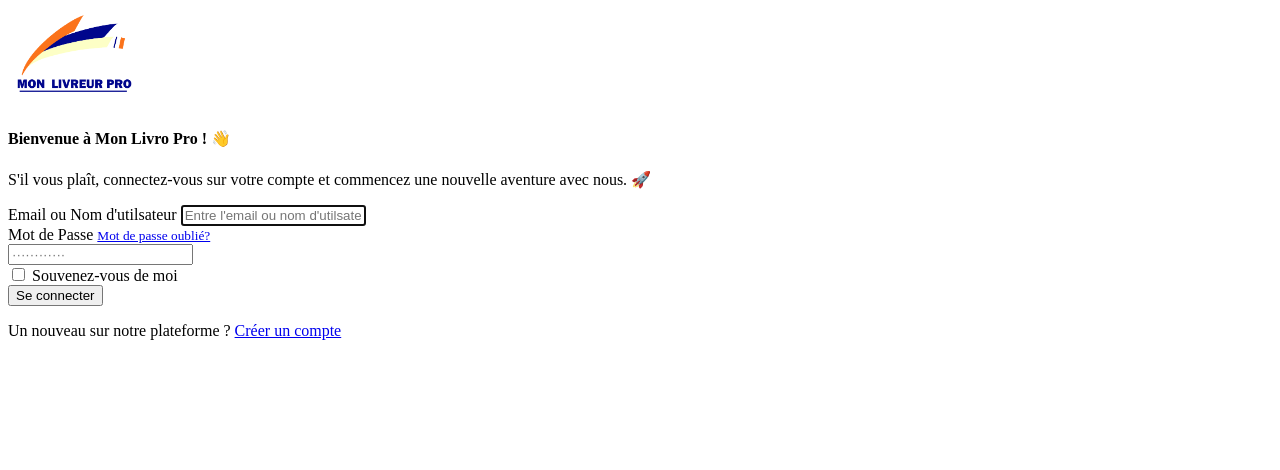
Repository: kaboreibrahim/LivreurPro
Page: Auth/templates/registration/login.html
The author's editor kept a copy of each file at every save. The page is drawn from the files as they stood at one save, then again after the next save.
The browser window is 1280 px wide. The pictures show the whole page.
The template is drawn by Django 5.2. The application's start-up code is not run. Other server files are loaded and not shown. The template is opened directly, without the code that normally fills it, so the values that code supplies are empty.

Above is the page before, as saved 2025-11-28 05:08:48.

### Auth/templates/registration/login.html
{% load static %}
{% load static i18n %}
{% block content %}

<div class="authentication-wrapper authentication-basic container-p-y">
    <div class="authentication-inner">
      <!-- Register -->
      <div class="card">
        <div class="card-body">
          <!-- Logo -->
          <div class="app-brand justify-content-center">
            <a href="index.html" class="app-brand-link gap-2">
              <!-- Ajout du logo -->
              <img src="{% static 'assets/img/logo.png' %}" alt="Logo MON LIVRO PRO" class="app-brand-logo" style="height: 100px;" /><br>
              {% comment %} <span class="app-brand-text demo text-body fw-bolder">MON LIVRO PRO</span> {% endcomment %}
            </a>
          </div>

          <!-- /Logo -->
          <h4 class="mb-2">Bienvenue à Mon Livro Pro ! 👋</h4>
          <p class="mb-4">S'il vous plaît, connectez-vous sur votre compte et commencez une nouvelle aventure avec nous. 🚀</p>

          <form    action="{% url 'login' %}" class="mb-3"   method="POST">

            {% csrf_token %}
            {% if form.non_field_errors %}
                <div class="alert alert-danger">
                    {% for error in form.non_field_errors %}
                        <span style="font-size: 13px;">
                            {{ error|escape }}
                        </span>
                    {% endfor %}
                </div>
            {% endif %}
            <div class="mb-3">
              <label for="email" class="form-label">Email ou Nom d'utilsateur </label>
              <input
                type="text"
                class="form-control"
                id="username"
                name="username"
                placeholder="Entre l'email ou nom d'utilsateur"
                autofocus
              />
            </div>
            <div class="mb-3 form-password-toggle">
              <div class="d-flex justify-content-between">
                <label class="form-label" for="password">Mot de Passe</label>
                <a href="{% url 'password_reset' %}">
                  <small>Mot de passe oublié?</small>
                </a>
              </div>
              <div class="input-group input-group-merge">
                <input
                  type="password"
                  id="password"
                  class="form-control"
                  name="password"
                  placeholder="&#xb7;&#xb7;&#xb7;&#xb7;&#xb7;&#xb7;&#xb7;&#xb7;&#xb7;&#xb7;&#xb7;&#xb7;"
                  aria-describedby="password"
                />
                <span class="input-group-text cursor-pointer"><i class="bx bx-hide"></i></span>
              </div>
            </div>
            <div class="mb-3">
              <div class="form-check">
                <input class="form-check-input" type="checkbox" id="remember-me" />
                <label class="form-check-label" for="remember-me"> Souvenez-vous de moi  </label>
              </div>
            </div>
            <div class="mb-3">
              <button class="btn btn-primary d-grid w-100" type="submit">Se connecter</button>
            </div>
          </form>

          <p class="text-center">
            <span>Un nouveau sur notre plateforme ?</span>
            <a href="{% url 'register'%}">
              <span>Créer un compte</span>
            </a>
          </p>
        </div>
      </div>
      <!-- /Register -->
    </div>


{% endblock %}

### templates/layouts/base.html
<!DOCTYPE html>
<html lang="fr">
<head>
    <meta charset="UTF-8">
    <meta name="viewport" content="width=device-width, initial-scale=1.0">
    <title>Mobile Navigation Demo</title>
    <link href="https://cdnjs.cloudflare.com/ajax/libs/boxicons/2.1.4/css/boxicons.min.css" rel="stylesheet">
    <style>
        * {
            margin: 0;
            padding: 0;
            box-sizing: border-box;
        }

        :root {
            --primary: #000080;
            --secondary: #FF6B00;
            --light: #FFF9E5;
            --dark: #1A1A1A;
        }

        body {
            font-family: 'Public Sans', sans-serif;
            background-color: #FAFAFA;
        }

        /* Desktop: Header Navigation */
        .desktop-header {
            position: fixed;
            top: 0;
            left: 0;
            right: 0;
            height: 70px;
            background: linear-gradient(135deg, var(--primary) 0%, #000060 100%);
            z-index: 1000;
            box-shadow: 0 2px 15px rgba(0, 0, 0, 0.1);
            display: flex;
            align-items: center;
            padding: 0 30px;
            justify-content: space-between;
        }

        .header-left {
            display: flex;
            align-items: center;
            gap: 40px;
        }

        .header-logo {
            color: var(--light);
            font-size: 1.5rem;
            font-weight: bold;
            text-decoration: none;
            display: flex;
            align-items: center;
            gap: 10px;
        }

        .header-logo i {
            font-size: 2rem;
            color: var(--secondary);
        }

        .header-nav {
            display: flex;
            align-items: center;
            gap: 5px;
        }

        .header-nav-item {
            padding: 8px 16px;
            color: var(--light);
            display: flex;
            align-items: center;
            gap: 8px;
            cursor: pointer;
            transition: all 0.3s;
            text-decoration: none;
            border-radius: 8px;
            position: relative;
            font-size: 0.95rem;
        }

        .header-nav-item i {
            font-size: 1.3rem;
        }

        .header-nav-item:hover {
            background-color: rgba(255, 107, 0, 0.15);
            color: var(--secondary);
            transform: translateY(-2px);
        }

        .header-nav-item.active {
            background-color: var(--secondary);
            color: white;
        }

        .header-nav-item.active::after {
            content: '';
            position: absolute;
            bottom: -20px;
            left: 50%;
            transform: translateX(-50%);
            width: 0;
            height: 0;
            border-left: 8px solid transparent;
            border-right: 8px solid transparent;
            border-top: 8px solid var(--secondary);
        }

        .header-right {
            display: flex;
            align-items: center;
            gap: 20px;
        }

        .header-notification {
            position: relative;
            cursor: pointer;
            color: var(--light);
            font-size: 1.5rem;
            transition: all 0.3s;
        }

        .header-notification:hover {
            color: var(--secondary);
            transform: scale(1.1);
        }

        .header-user {
            display: flex;
            align-items: center;
            gap: 12px;
            padding: 8px 15px;
            background-color: rgba(255, 255, 255, 0.1);
            border-radius: 25px;
            cursor: pointer;
            transition: all 0.3s;
        }

        .header-user:hover {
            background-color: rgba(255, 107, 0, 0.2);
        }

        .header-avatar {
            width: 38px;
            height: 38px;
            border-radius: 50%;
            background-color: var(--secondary);
            color: white;
            display: flex;
            align-items: center;
            justify-content: center;
            font-weight: bold;
        }

        .header-user-info {
            display: flex;
            flex-direction: column;
            color: var(--light);
        }

        .header-user-name {
            font-size: 0.9rem;
            font-weight: 600;
        }

        .header-user-role {
            font-size: 0.75rem;
            opacity: 0.8;
        }

        /* Top Navbar pour mobile */
        .mobile-top-nav {
            display: none;
            position: fixed;
            top: 0;
            left: 0;
            right: 0;
            height: 60px;
            background-color: var(--light);
            border-bottom: 2px solid var(--secondary);
            z-index: 999;
            padding: 0 15px;
            align-items: center;
            justify-content: space-between;
        }

        .mobile-logo {
            font-size: 1.1rem;
            font-weight: bold;
            color: var(--primary);
        }

        .mobile-user {
            display: flex;
            align-items: center;
            gap: 15px;
        }

        .mobile-avatar {
            width: 35px;
            height: 35px;
            border-radius: 50%;
            background-color: var(--primary);
            color: white;
            display: flex;
            align-items: center;
            justify-content: center;
            cursor: pointer;
            transition: all 0.3s;
        }

        .mobile-avatar:hover {
            background-color: var(--secondary);
            transform: scale(1.05);
        }

        .mobile-logout-btn {
            display: flex;
            align-items: center;
            gap: 5px;
            padding: 6px 12px;
            background-color: var(--secondary);
            color: white;
            border-radius: 20px;
            font-size: 0.85rem;
            font-weight: 500;
            cursor: pointer;
            transition: all 0.3s;
            text-decoration: none;
        }

        .mobile-logout-btn i {
            font-size: 1.1rem;
        }

        .mobile-logout-btn:hover {
            background-color: var(--primary);
            transform: scale(1.05);
        }

        .notification-badge {
            position: relative;
        }

        .notification-badge i {
            font-size: 1.5rem;
            color: var(--primary);
        }

        .badge-count {
            position: absolute;
            top: -5px;
            right: -8px;
            background-color: var(--secondary);
            color: white;
            border-radius: 10px;
            padding: 2px 6px;
            font-size: 0.7rem;
            font-weight: bold;
        }

        /* Bottom Navigation pour mobile */
        .mobile-bottom-nav {
            display: none;
            position: fixed;
            bottom: 0;
            left: 0;
            right: 0;
            height: 70px;
            background-color: white;
            border-top: 2px solid var(--secondary);
            z-index: 1000;
            box-shadow: 0 -2px 10px rgba(0, 0, 0, 0.1);
        }

        .bottom-nav-container {
            display: flex;
            justify-content: space-around;
            align-items: center;
            height: 100%;
            padding: 0 10px;
        }

        .nav-item {
            display: flex;
            flex-direction: column;
            align-items: center;
            justify-content: center;
            gap: 4px;
            flex: 1;
            color: #666;
            cursor: pointer;
            transition: all 0.3s;
            text-decoration: none;
            padding: 8px;
            position: relative;
        }

        .nav-item i {
            font-size: 1.6rem;
            transition: all 0.3s;
        }

        .nav-item span {
            font-size: 0.7rem;
            font-weight: 500;
            text-align: center;
        }

        .nav-item.active {
            color: var(--secondary);
        }

        .nav-item.active i {
            transform: scale(1.1);
        }

        .nav-item:hover {
            color: var(--secondary);
        }

        /* Indicateur actif */
        .nav-item.active::before {
            content: '';
            position: absolute;
            top: 0;
            left: 50%;
            transform: translateX(-50%);
            width: 40px;
            height: 3px;
            background-color: var(--secondary);
            border-radius: 0 0 3px 3px;
        }

        /* Content area */
        .main-content {
            margin-top: 70px;
            padding: 30px;
            min-height: calc(100vh - 70px);
        }

        .content-card {
            background: white;
            border-radius: 10px;
            padding: 20px;
            margin-bottom: 20px;
            box-shadow: 0 2px 4px rgba(0, 0, 0, 0.1);
        }

        /* Responsive */
        @media (max-width: 768px) {
            .desktop-header {
                display: none;
            }

            .mobile-top-nav {
                display: flex;
            }

            .mobile-bottom-nav {
                display: block;
            }

            .main-content {
                margin-top: 60px;
                padding: 80px 15px 90px;
            }
        }

        @media (min-width: 769px) {
            .mobile-top-nav {
                display: none;
            }

            .mobile-bottom-nav {
                display: none;
            }
        }

        /* Animation pour le menu plus */
        .more-menu {
            position: fixed;
            bottom: 80px;
            right: 20px;
            background: white;
            border-radius: 15px;
            box-shadow: 0 4px 20px rgba(0, 0, 0, 0.15);
            padding: 10px;
            display: none;
            animation: slideUp 0.3s ease;
        }

        .more-menu.show {
            display: block;
        }

        @keyframes slideUp {
            from {
                opacity: 0;
                transform: translateY(20px);
            }
            to {
                opacity: 1;
                transform: translateY(0);
            }
        }

        .more-menu-item {
            padding: 12px 20px;
            display: flex;
            align-items: center;
            gap: 12px;
            color: var(--dark);
            cursor: pointer;
            border-radius: 8px;
            transition: all 0.2s;
            white-space: nowrap;
        }

        .more-menu-item:hover {
            background-color: var(--light);
            color: var(--secondary);
        }

        .more-menu-item i {
            font-size: 1.3rem;
        }
    </style>
</head>
<body>
    <!-- Desktop Header Navigation -->
    <div class="desktop-header">
        <div class="header-left">
            <a href="#" class="header-logo">
                <i class='bx bxs-truck'></i>
                <span>Mon Livreur Pro</span>
            </a>
            <nav class="header-nav">
                <a href="#" class="header-nav-item active">
                    <i class='bx bx-home-circle'></i>
                    <span>Accueil</span>
                </a>
                <a href="#" class="header-nav-item">
                    <i class='bx bxs-paste'></i>
                    <span>Mes expéditions</span>
                </a>
                <a href="#" class="header-nav-item">
                    <i class='bx bx-history'></i>
                    <span>Historique</span>
                </a>
                <a href="#" class="header-nav-item">
                    <i class='bx bx-support'></i>
                    <span>Support</span>
                </a>
            </nav>
        </div>
        <div class="header-right">
            <div class="header-notification">
                <i class='bx bx-bell'></i>
                <span class="badge-count">3</span>
            </div>
            <div class="header-user">
                <div class="header-avatar">JD</div>
                <div class="header-user-info">
                    <span class="header-user-name">John Doe</span>
                    <span class="header-user-role">Client</span>
                </div>
                <i class='bx bx-chevron-down'></i>
            </div>


            <div class="more-menu">
                <div class="more-menu-item">
                    <i class='bx bx-user-circle'></i>
                    <span>Mon Profil</span>
                </div>
                <div class="more-menu-item">
                    <i class='bx bx-cog'></i>
                    <span>Paramètres</span>
                </div>
                <div class="more-menu-item">
                    <i class='bx bx-power-off'></i>
                    <span>Déconnexion</span>
                </div>
            </div>
        </div>
    </div>

    <!-- Mobile Top Navigation -->
    <div class="mobile-top-nav">
        <div class="mobile-logo">Mon Livreur Pro</div>
        <div class="mobile-user">
            <div class="notification-badge">
                <i class='bx bx-bell'></i>
                <span class="badge-count">3</span>
            </div>
            <a href="#" class="mobile-logout-btn">
                <i class='bx bx-power-off'></i>
                <span>Quitter</span>
            </a>
        </div>
    </div>

    <!-- Main Content -->
    <div class="main-content">
        <div class="content-card">
            <h2 style="color: var(--primary); margin-bottom: 15px;">Bienvenue sur Mon Livreur Pro</h2>
            <p style="color: #666; line-height: 1.6;">
                Cette interface s'adapte automatiquement à votre écran. Sur mobile, la navigation principale
                se trouve en bas de l'écran pour un accès facile avec le pouce.
            </p>
        </div>

        <div class="content-card">
            <h3 style="color: var(--primary); margin-bottom: 10px;">Statistiques</h3>
            <p style="color: #666;">Vos courses récentes apparaîtront ici...</p>
        </div>

        <div class="content-card">
            <h3 style="color: var(--primary); margin-bottom: 10px;">Activité récente</h3>
            <p style="color: #666;">Historique de vos dernières actions...</p>
        </div>
    </div>

    <!-- Mobile Bottom Navigation -->
    <div class="mobile-bottom-nav">
        <div class="bottom-nav-container">
            <a href="#" class="nav-item active">
                <i class='bx bx-home-circle'></i>
                <span>Accueil</span>
            </a>
            <a href="#" class="nav-item">
                <i class='bx bxs-paste'></i>
                <span>Courses</span>
            </a>
            <a href="#" class="nav-item">
                <i class='bx bx-history'></i>
                <span>Historique</span>
            </a>
            <a href="#" class="nav-item" id="moreBtn">
                <i class='bx bx-menu'></i>
                <span>Plus</span>
            </a>
        </div>
    </div>

    <!-- More Menu -->
    <div class="more-menu" id="moreMenu">
        <div class="more-menu-item">
            <i class='bx bx-user'></i>
            <span>Mon Profil</span>
        </div>
        <div class="more-menu-item">
            <i class='bx bx-support'></i>
            <span>Support Client</span>
        </div>
        <div class="more-menu-item">
            <i class='bx bx-cog'></i>
            <span>Paramètres</span>
        </div>
        <div class="more-menu-item">
            <i class='bx bx-power-off'></i>
            <span>Déconnexion</span>
        </div>
    </div>

    <script>
        // Gestion du menu "Plus"
        const moreBtn = document.getElementById('moreBtn');
        const moreMenu = document.getElementById('moreMenu');

        moreBtn.addEventListener('click', (e) => {
            e.preventDefault();
            moreMenu.classList.toggle('show');
        });

        // Fermer le menu si on clique ailleurs
        document.addEventListener('click', (e) => {
            if (!moreBtn.contains(e.target) && !moreMenu.contains(e.target)) {
                moreMenu.classList.remove('show');
            }
        });

        // Gestion des items actifs - Header
        const headerNavItems = document.querySelectorAll('.header-nav-item');
        headerNavItems.forEach(item => {
            item.addEventListener('click', function(e) {
                e.preventDefault();
                headerNavItems.forEach(nav => nav.classList.remove('active'));
                this.classList.add('active');
            });
        });

        // Gestion des items actifs - Mobile Bottom Nav
        const navItems = document.querySelectorAll('.nav-item');
        navItems.forEach(item => {
            item.addEventListener('click', function(e) {
                if (this.id !== 'moreBtn') {
                    navItems.forEach(nav => nav.classList.remove('active'));
                    this.classList.add('active');
                }
            });
        });

        // Fermer le menu more lors du clic sur un item
        const moreMenuItems = document.querySelectorAll('.more-menu-item');
        moreMenuItems.forEach(item => {
            item.addEventListener('click', () => {
                moreMenu.classList.remove('show');
            });
        });
    </script>
</body>
</html>

After the next save:
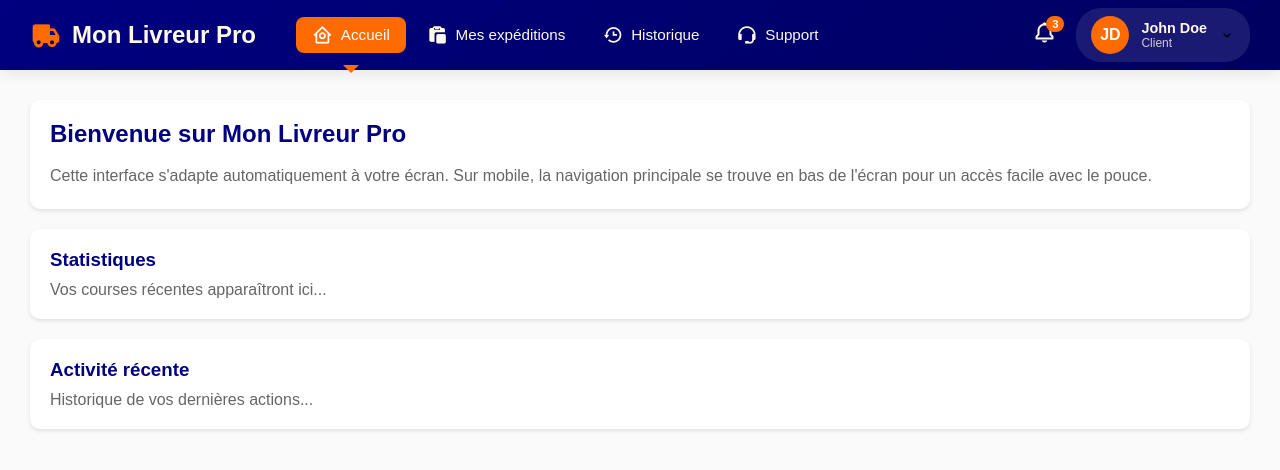
Saved 12 s later.
--- a/Auth/templates/registration/login.html
+++ b/Auth/templates/registration/login.html
@@ -1,3 +1,4 @@
+{% extends 'layouts/base.html' %}
 {% load static %}
 {% load static i18n %}
 {% block content %}
